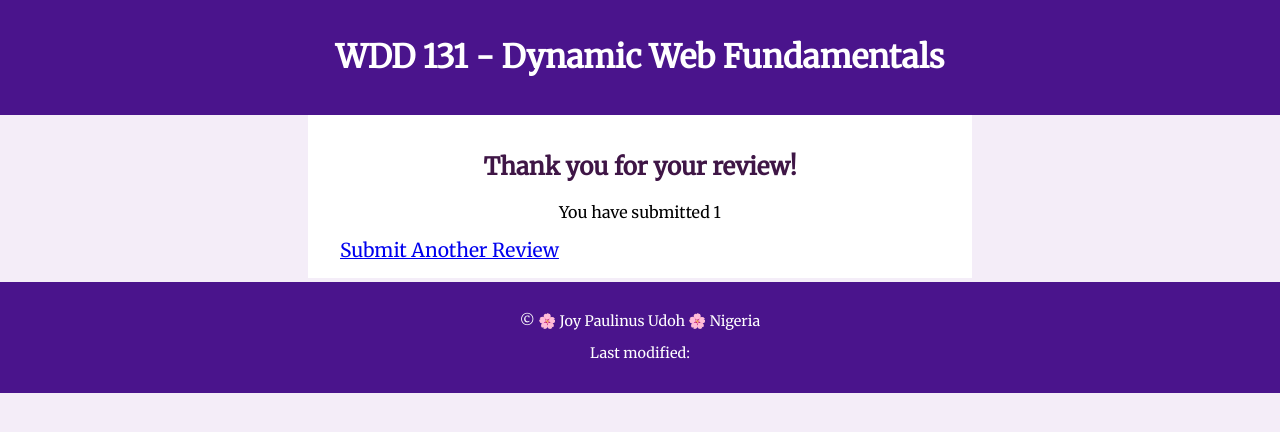
Repository: JoyUdoh106/wdd131
Page: review.html
The author's editor kept a copy of each file at every save. The page is drawn from the files as they stood at one save, then again after the next save.
The browser window is 1280 px wide. The pictures show the whole page.

Above is the page before, as saved 2025-08-09 17:31:28.

After the next save:
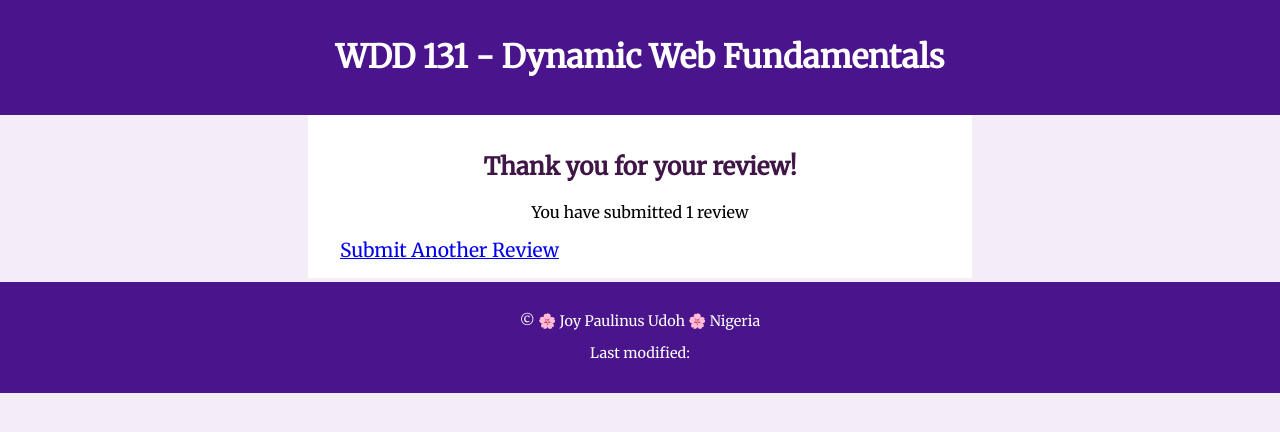
Saved 4 s later.
--- a/scripts/review.js
+++ b/scripts/review.js
@@ -1,7 +1,7 @@
  let reviewCount = localStorage.getItem("reviewCount");
     reviewCount = reviewCount ? parseInt(reviewCount) + 1 : 1;
     localStorage.setItem("reviewCount", reviewCount);
-    document.getElementById("counter").textContent = `You have submitted ${reviewCount}`
+    document.getElementById("counter").textContent = `You have submitted ${reviewCount} review`
 
 // let reviewCount = parseInt(localStorage.getItem("reviewCount")) || 0;
 // document.getElementById("counter").textContent = `You have submitted ${reviewCount} review(s).`;
